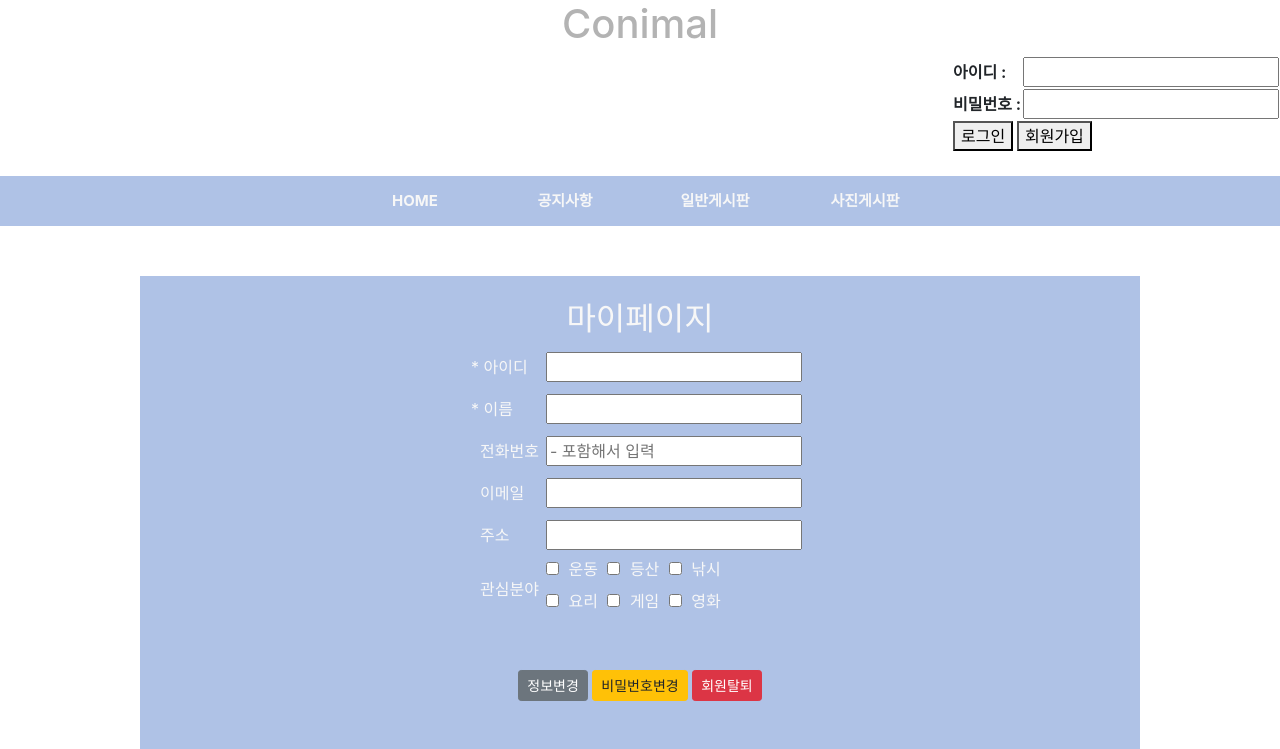
Repository: Young-27/DailyStudy
Page: http://localhost/jspProject_el_jstl/views/member/myPage.jsp
These files come from the project's save history. The page is drawn as it stood at one moment and after the next save; the edit follows.
The browser window is 1280 px wide. The pictures show the whole page.
The page is served by Tomcat 9.

Above is the page before, as saved 2021-06-17 12:09:49.

After the next save:
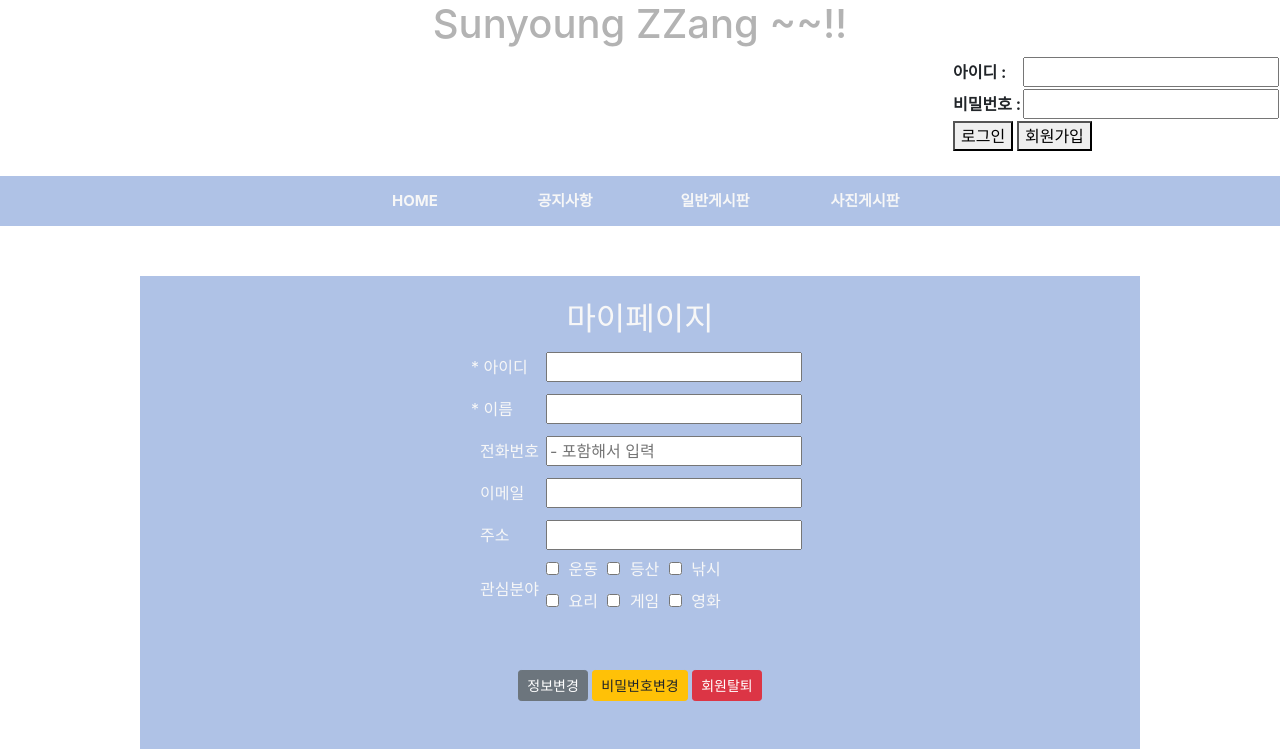
Saved 20 h 15 min later.
--- a/Server/web-workspace2/jspProject_el_jstl/WebContent/views/common/menubar.jsp
+++ b/Server/web-workspace2/jspProject_el_jstl/WebContent/views/common/menubar.jsp
@@ -74,7 +74,7 @@
     </script>
 
 
-    <h1 align="center" style="color: rgb(179, 179, 179);">Conimal</h1>
+    <h1 align="center" style="color: rgb(179, 179, 179);">Sunyoung ZZang ~~!!</h1>
 
     <div class="login-area">
 
